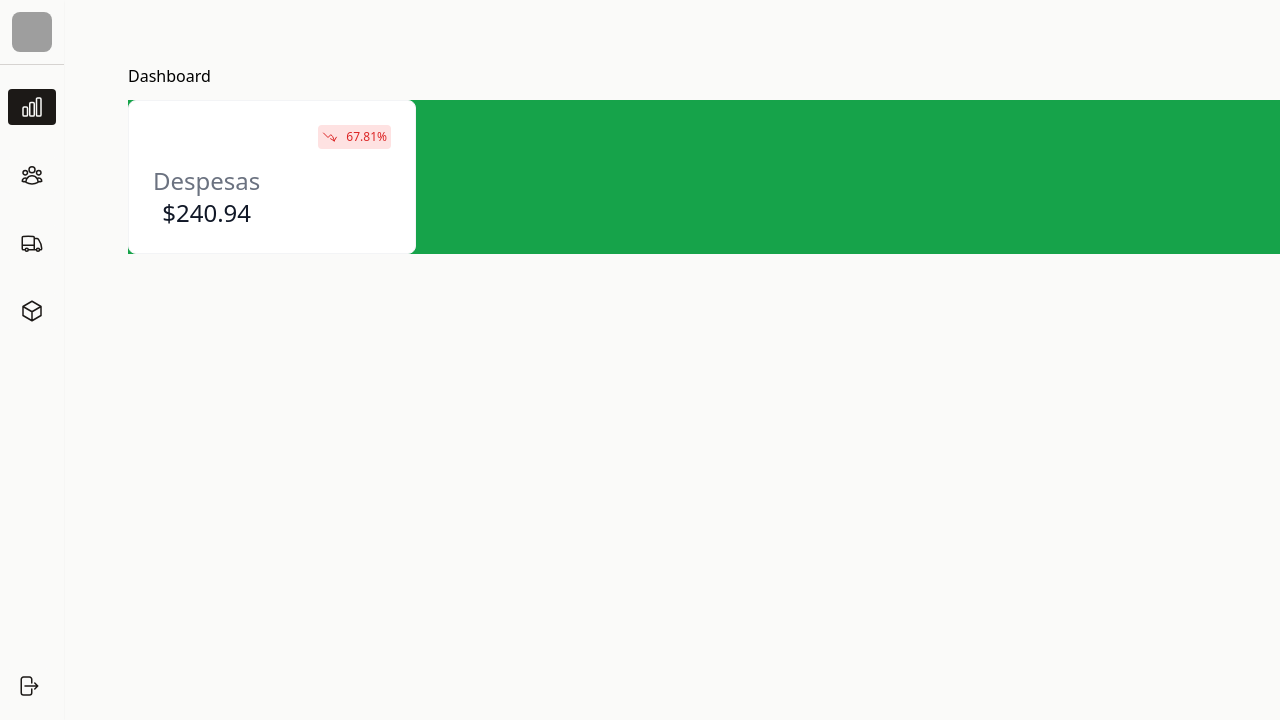
Repository: XavierOtavio/Cuzinhas
Page: /dashboard
The author's editor kept a copy of each file at every save. The page is drawn from the files as they stood at one save, then again after the next save.
The browser window is 1280 px wide. The pictures show the whole page.
Pictures or frames that could not be fetched are drawn as grey boxes. The project was rebuilt for these pictures with package versions that can differ from the ones it lists, and the page was loaded fresh each time. Also part of the build but not shown: src/components/Orders.js, src/components/Employees.js, src/components/Login.js, src/components/Register.js, src/components/Home.js, src/components/Logotipo.js, src/components/Header.js, src/components/Footer.js and 1 more.

Above is the page before, as saved 2023-03-08 18:31:08.

After the next save:
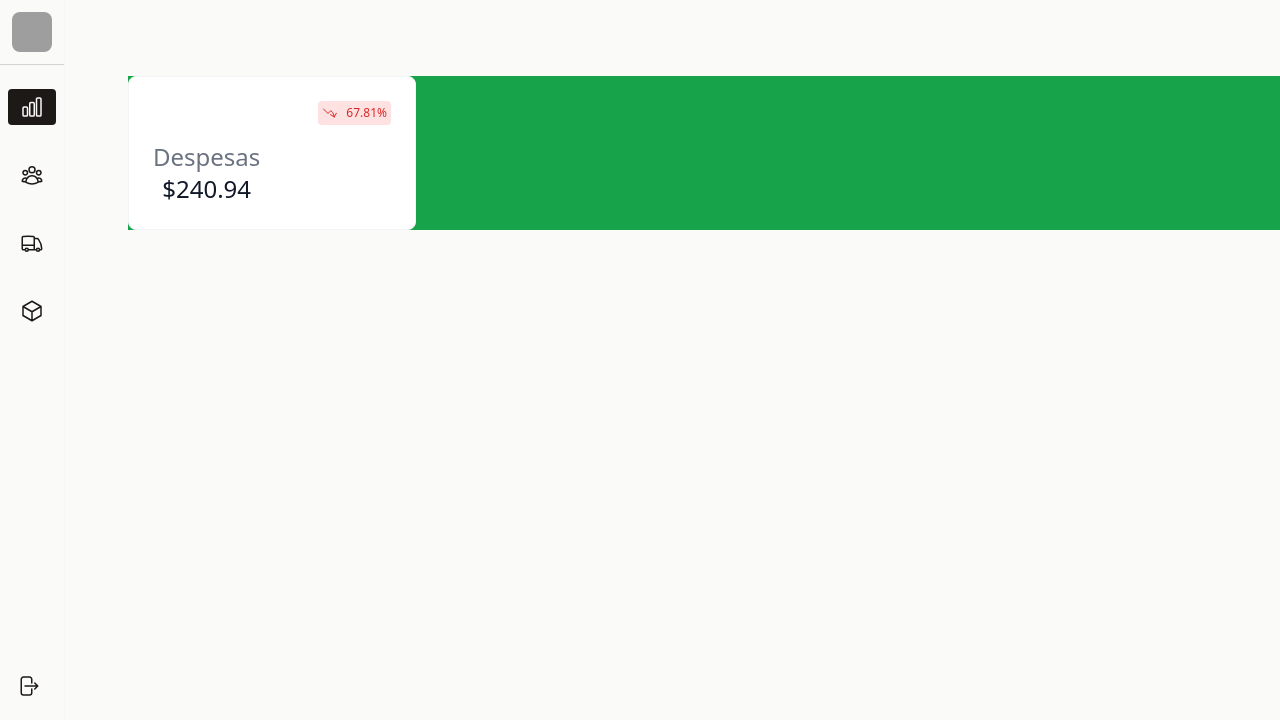
Saved 6 s later.
--- a/src/components/Dashboard.js
+++ b/src/components/Dashboard.js
@@ -7,7 +7,6 @@ import {
 export default function Dashboard() {
   return (
     <div className="absolute inset-0 ml-32 mt-16">
-      <h2 classname="w-full">Dashboard</h2>
       <div classname="grid grid-cols-12 grid-rows-6">
         <div className="row-start-2 row-end-3 col-start-6 col-end-9 bg-green-600">
           <button class="flex flex-col gap-4 rounded-lg border border-gray-100 bg-white p-6 w-3/12 my-3">
